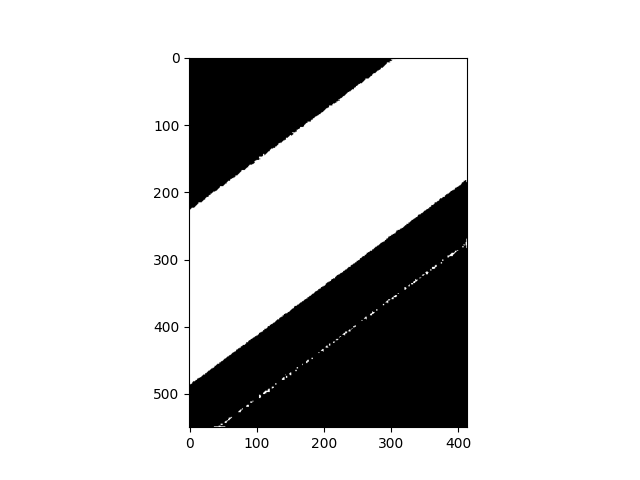
Repository: simonnchong/Computer_Vision
Script's output: python Thresholding.py
An editor plug-in stored every save of this project. The script's output is shown before and after a run of saves, followed by the edit.
Random numbers start from a fixed seed. It also reads DATA/rainbow.jpg.

Above is the script's output before, as saved 2024-02-06 16:11:47.

After the next 2 saves:
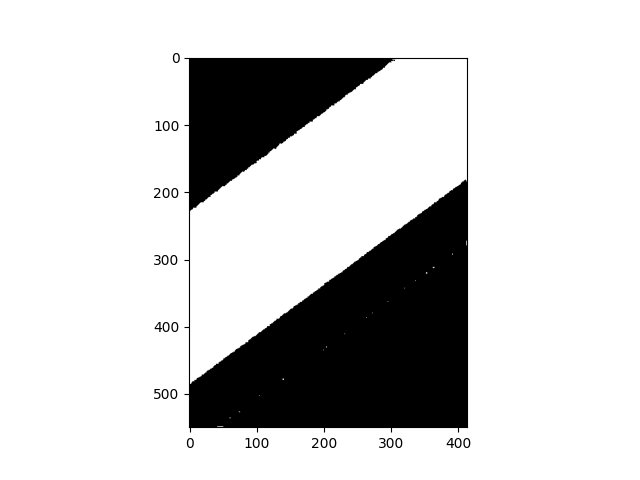
The 2 saves are shown as one change because they came seconds apart.
The last was saved 5 s later.
--- a/Thresholding.py
+++ b/Thresholding.py
@@ -5,7 +5,7 @@ img = cv2.imread("DATA/rainbow.jpg", 0)
 
 # plt.imshow(img, cmap="gray")
 
-ret, thresh1 = cv2.threshold(img, 126, 255, cv2.THRESH_BINARY)
+ret, thresh1 = cv2.threshold(img, 127, 255, cv2.THRESH_BINARY)
 print(ret)
 
 plt.imshow(thresh1, cmap="gray")
